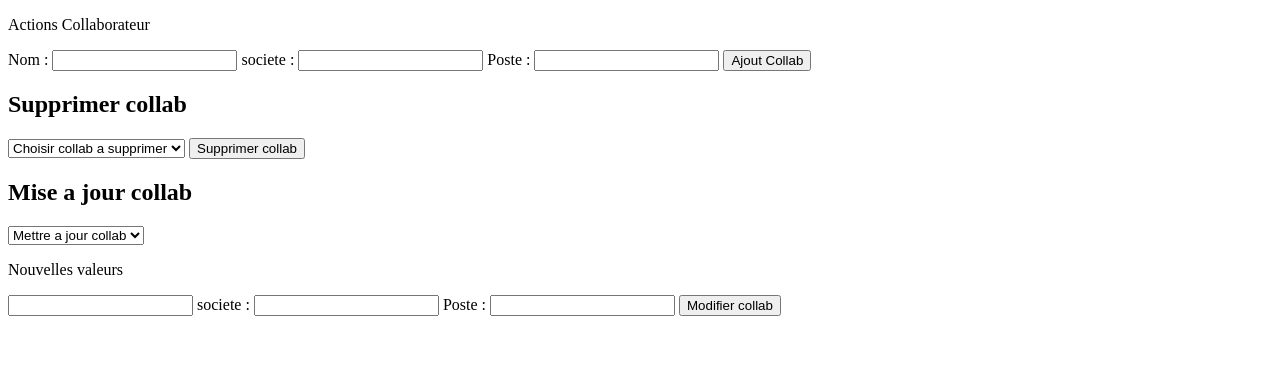
Repository: Shakibaei-2020/CRA_JEE_FINAL
Page: http://localhost/jee_crainfocom/WEB-INF/accueil.jsp
These files come from the project's save history. The page is drawn as it stood at one moment and after the next save; the edit follows.
The browser window is 1280 px wide. The pictures show the whole page.
The page is served by Tomcat 9. Nobody is signed in. The template is opened directly, without the code that normally fills it, so the values that code supplies are empty.

Above is the page before, as saved 2021-03-25 14:15:16.

After the next save:
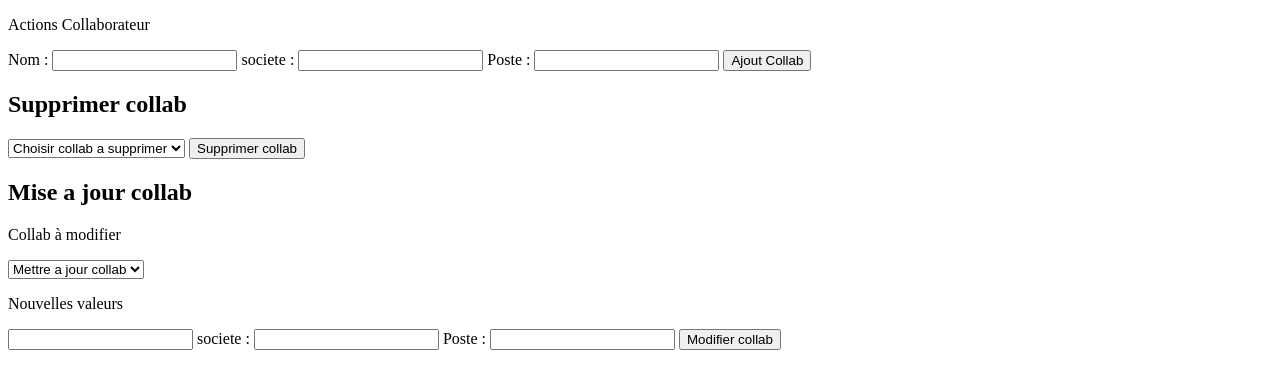
Saved 19 s later.
--- a/CRA_JEE_FINAL/CRA_JEE_FINAL/jee_crainfocom/src/main/webapp/WEB-INF/accueil.jsp
+++ b/CRA_JEE_FINAL/CRA_JEE_FINAL/jee_crainfocom/src/main/webapp/WEB-INF/accueil.jsp
@@ -39,6 +39,7 @@
 
  <h2>Mise a jour collab</h2>
  <form method="post" action="">
+ <p>Collab à modifier</p>
 	<select name="pets" id="pet-select">
     	<option value="">Mettre a jour collab</option>
     	<option value="dog">Collab</option>
